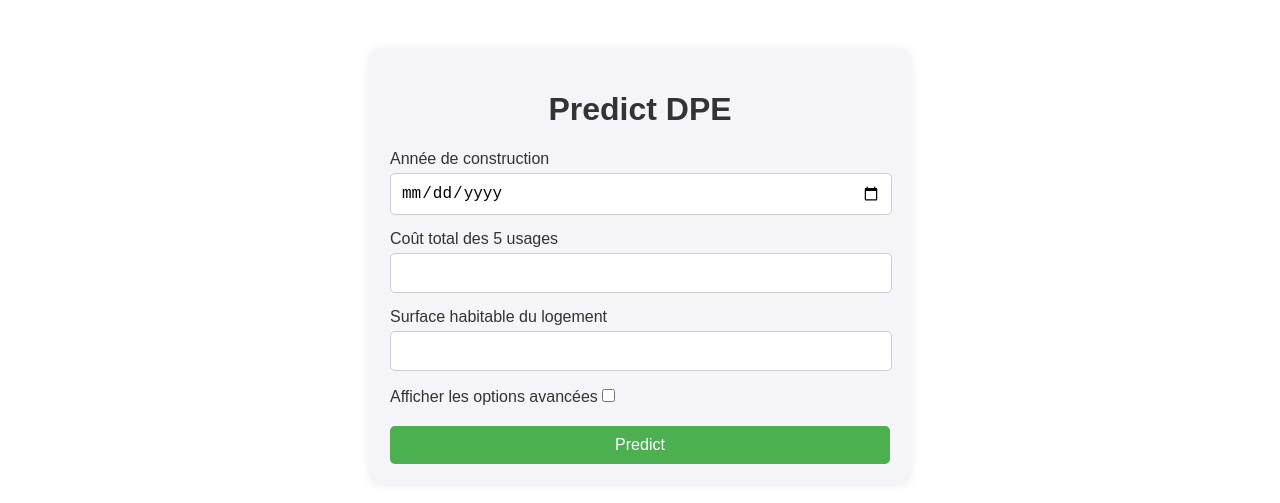
Repository: abdouAppcraft/Predict-DPE
Page: /
The author's editor kept a copy of each file at every save. The page is drawn from the files as they stood at one save, then again after a run of saves.
The browser window is 1280 px wide. The pictures show the whole page.
The page's requests for data from a server got no answer. The project was rebuilt for these pictures with package versions that can differ from the ones it lists, and the page was loaded fresh each time. No one was signed in, and anything a server would have sent is missing. Also part of the build but not shown: src/screens/Result/Result.tsx.

Above is the page before, as saved 2024-06-11 16:59:57.

After the next 2 saves:
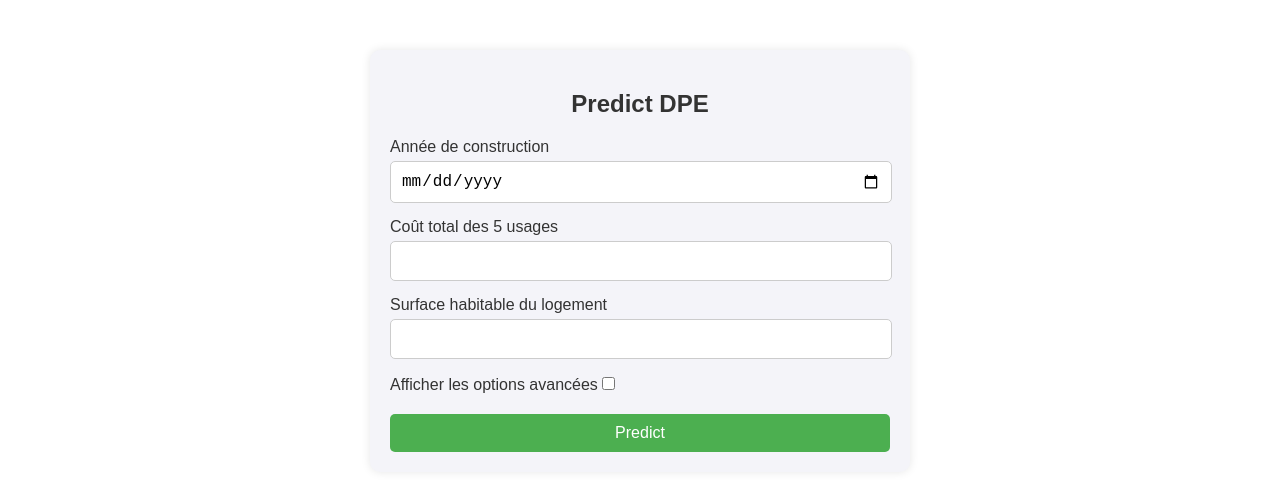
The 2 saves are shown as one change because they came seconds apart.
The last was saved 17 s later.
--- a/src/screens/PredictForm/PredictForm.tsx
+++ b/src/screens/PredictForm/PredictForm.tsx
@@ -120,30 +120,32 @@ const PredictForm: React.FC = () => {
 
   return (
     <div className="predict-form">
-      <h1>Predict DPE</h1>
-      <form onSubmit={handleSubmit}>
-        {field.map((f) => renderRow(f))}
-        <div
-          className="form-group"
-          style={{ display: "flex", alignItems: "baseline" }}
-        >
-          <label htmlFor="advancedField">
-            {advancedOp
-              ? "Masquer les Options avancées"
-              : "Afficher les options avancées"}
-          </label>
-          <input
-            type="checkbox"
-            name="advancedField"
-            checked={advancedOp}
-            onChange={(e) => setAdvancedOp(!advancedOp)}
-          />
-        </div>
-        {advancedOp && advancedField.map((f) => renderRow(f))}
-        <button type="submit" className="submit-btn">
-          Predict
-        </button>
-      </form>
+      <section>
+        <h1>Predict DPE</h1>
+        <form onSubmit={handleSubmit}>
+          {field.map((f) => renderRow(f))}
+          <div
+            className="form-group"
+            style={{ display: "flex", alignItems: "baseline" }}
+          >
+            <label htmlFor="advancedField">
+              {advancedOp
+                ? "Masquer les Options avancées"
+                : "Afficher les options avancées"}
+            </label>
+            <input
+              type="checkbox"
+              name="advancedField"
+              checked={advancedOp}
+              onChange={(e) => setAdvancedOp(!advancedOp)}
+            />
+          </div>
+          {advancedOp && advancedField.map((f) => renderRow(f))}
+          <button type="submit" className="submit-btn">
+            Predict
+          </button>
+        </form>
+      </section>
       {prediction && <h2>Predicted DPE: {prediction}</h2>}
     </div>
   );
